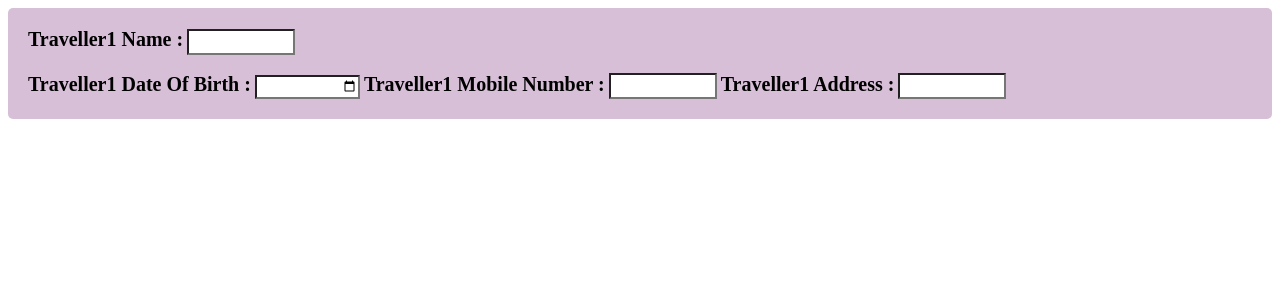
Repository: KanimozhiThandapani/Phase2AirlineBookingProject
Page: http://localhost/AirlineBooking/registrationPage.jsp
The author's editor kept a copy of each file at every save. The page is drawn from the files as they stood at one save, then again after the next save.
The browser window is 1280 px wide. The pictures show the whole page.
The page is served by Tomcat 9.

Above is the page before, as saved 2022-04-26 07:10:42.

After the next save:
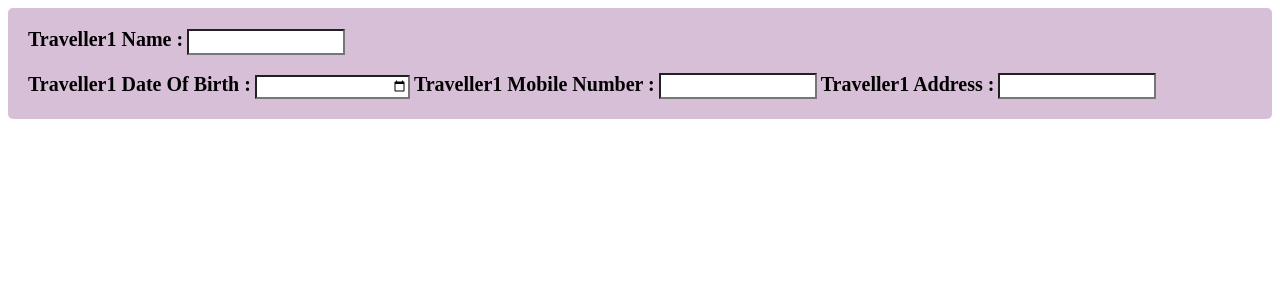
Saved 19 s later.
--- a/AirlineBooking/WebContent/registrationPage.jsp
+++ b/AirlineBooking/WebContent/registrationPage.jsp
@@ -20,13 +20,13 @@ div {
 		<form action="bookedFlights" method="get">
 
 		<label for="Traveller1name" style="font-size: 20px"><strong>Traveller1 Name :</strong></label>
-        <input type="text" id="t1name" name="t1name" style="width:100px;height: 20px; background: white; color: #FFF;" required><br><br>
+        <input type="text" id="t1name" name="t1name" style="width:150px;height: 20px; background: white; color: #FFF;" required><br><br>
 		<label for="Traveller1dob" style="font-size: 20px"><strong>Traveller1 Date Of Birth :</strong></label>
-		<input type="date" name="t1dob" style="width:100px;height: 20px; background: white; color: #FFF;" required>
+		<input type="date" name="t1dob" style="width:150px;height: 20px; background: white; color: #FFF;" required>
 		<label for="Traveller1mobileNumber" style="font-size: 20px"><strong>Traveller1 Mobile Number :</strong></label>
-		<input type="number" name="t1mobileNo" style="width:100px;height: 20px; background: white; color: #FFF;" required>
+		<input type="number" name="t1mobileNo" style="width:150px;height: 20px; background: white; color: #FFF;" required>
 		<label for="Traveller1address" style="font-size: 20px"><strong>Traveller1 Address :</strong></label>
-		<input type="text" name="t1address"  style="width:100px;height: 20px; background: white; color: #FFF;" required>
+		<input type="text" name="t1address"  style="width:150px;height: 20px; background: white; color: #FFF;" required>
 		</form>
 	</div>
 </body>
